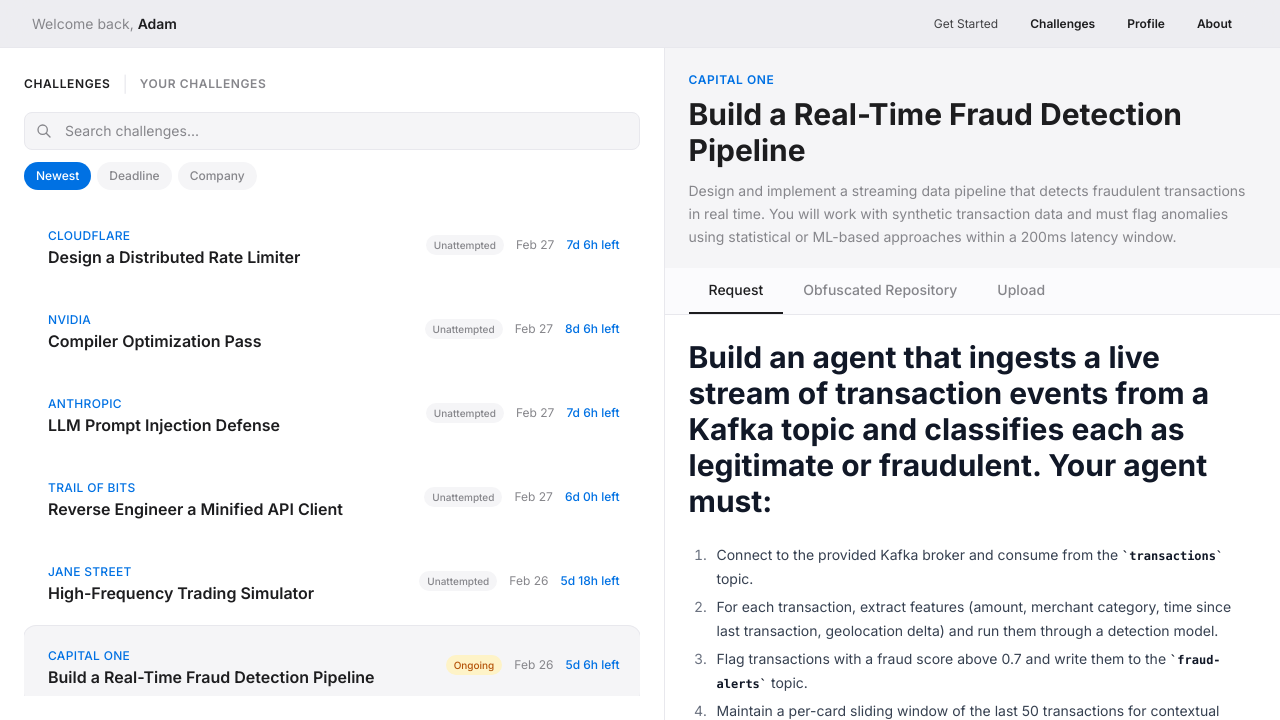
Repository: Ypout07/raikes-hacks
Page: / (app in web/)
The author's editor kept a copy of each file at every save. The page is drawn from the files as they stood at one save, then again after the next save.
The browser window is 1280 px wide. The pictures show the whole page.
An inner scrolling area shows only its first screen. The project was rebuilt for these pictures with package versions that can differ from the ones it lists, and the page was loaded fresh each time. The framework's server and built-in components were replaced by stand-ins that run in the browser. Also part of the build but not shown: web/next.config.ts.

Above is the page before, as saved 2026-02-28 21:51:02.

After the next save:
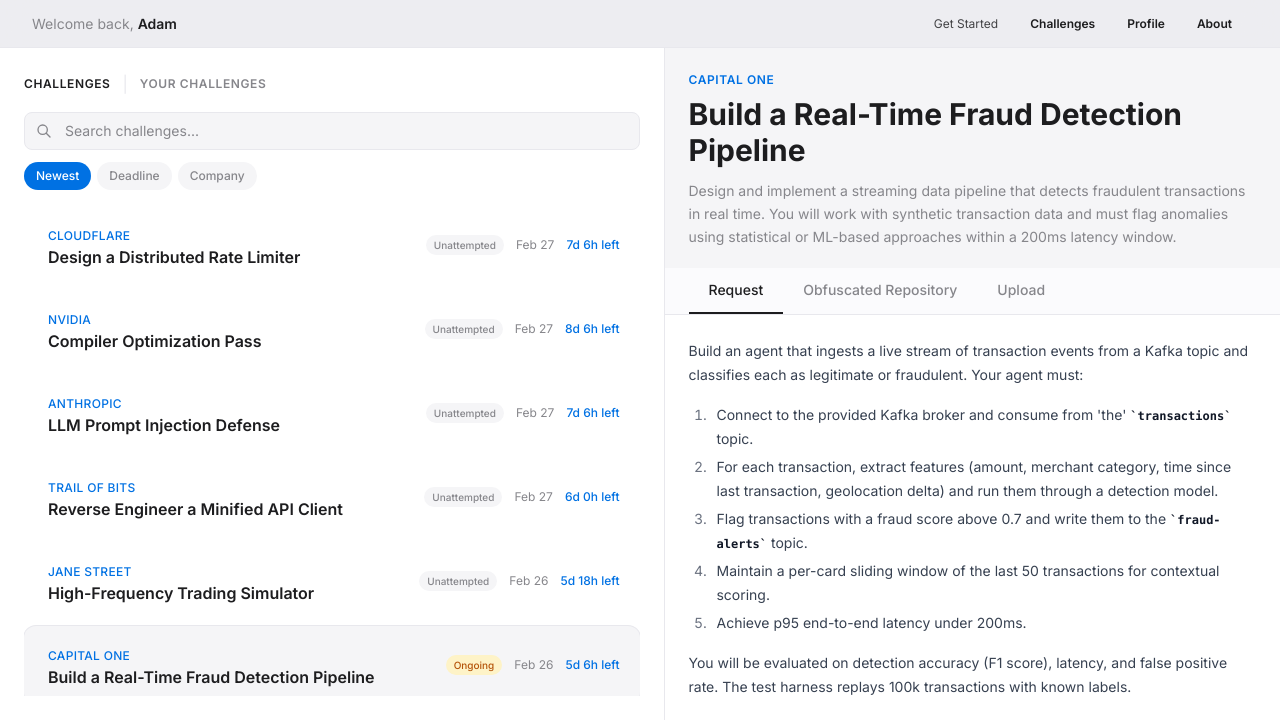
Saved 73 s later.
--- a/web/src/lib/mockChallenges.ts
+++ b/web/src/lib/mockChallenges.ts
@@ -8,7 +8,7 @@
         description:
             "Design and implement a streaming data pipeline that detects fraudulent transactions in real time. You will work with synthetic transaction data and must flag anomalies using statistical or ML-based approaches within a 200ms latency window.",
         request:
-            "# Build an agent that ingests a live stream of transaction events from a Kafka topic and classifies each as legitimate or fraudulent. Your agent must:\n\n1. Connect to the provided Kafka broker and consume from the `transactions` topic.\n2. For each transaction, extract features (amount, merchant category, time since last transaction, geolocation delta) and run them through a detection model.\n3. Flag transactions with a fraud score above 0.7 and write them to the `fraud-alerts` topic.\n4. Maintain a per-card sliding window of the last 50 transactions for contextual scoring.\n5. Achieve p95 end-to-end latency under 200ms.\n\nYou will be evaluated on detection accuracy (F1 score), latency, and false positive rate. The test harness replays 100k transactions with known labels.",
+            "Build an agent that ingests a live stream of transaction events from a Kafka topic and classifies each as legitimate or fraudulent. Your agent must:\n\n1. Connect to the provided Kafka broker and consume from 'the' `transactions` topic.\n2. For each transaction, extract features (amount, merchant category, time since last transaction, geolocation delta) and run them through a detection model.\n3. Flag transactions with a fraud score above 0.7 and write them to the `fraud-alerts` topic.\n4. Maintain a per-card sliding window of the last 50 transactions for contextual scoring.\n5. Achieve p95 end-to-end latency under 200ms.\n\nYou will be evaluated on detection accuracy (F1 score), latency, and false positive rate. The test harness replays 100k transactions with known labels.",
         postedAt: "2026-02-26T10:00:00Z",
         deadline: "2026-03-05T23:59:00Z",
         status: "ongoing",
